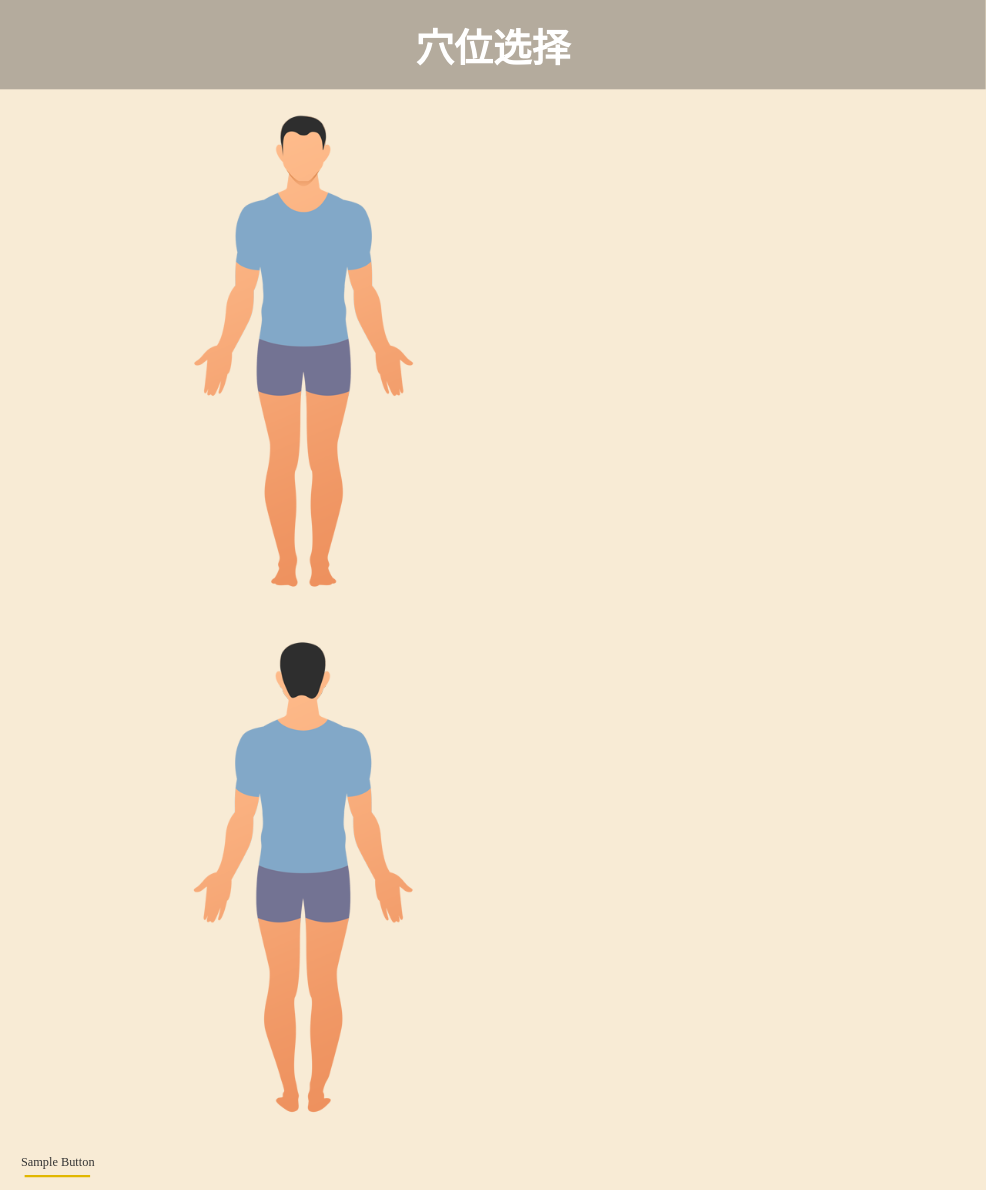
Repository: chjyume/zhongyi
Page: xuewei.html
An editor plug-in stored every save of this project. The page is shown before and after the next save, followed by the edit.
The browser window is 1280 px wide. The pictures show the whole page, at 77% of full size.

Above is the page before, as saved 2023-09-12 19:53:33.

### xuewei.html
<!DOCTYPE html>
<html>

<head>
  <meta charset="utf-8" />
  <title>穴位</title>
  <link rel="stylesheet" type="text/css" href="css/xuewei.css">
</head>

<body>
  <header class="top-bar">
    <h1>穴位选择</h1>
  </header>
  <div class="container">
    <img src="img/xuewei/man1.png" alt="正面" class="img1">
    <img src="img/xuewei/man2.png" alt="反面" class="img2">
    <div class="btn">
      <div class="set_7_btn-wrapper"> <svg height="45" width="150" xmlns="#">
          <rect id="set_7_button1" height="45" width="150"></rect>
        </svg>
        <div id="set_7_text"> <a href="">Sample Button</a> </div>
      </div>
    </div>
  </div>
</body>

</html>

### css/xuewei.css
body{
    background-color: rgb(248, 235, 213);
    margin: 0;
    padding: 0;
}
.top-bar {
background-color: #33333358;
color: #fff;
padding: 3vh;
text-align: center;
top: 0;
left: 0;
width: 100%;
box-sizing: border-box;

}

.top-bar h1 {
font-size: 7vh;
margin: 0;
}
img{
    position: relative;
    margin-left:20vh ;
}
.set_7_btn-wrapper {
    float: left;
    width: auto;
    line-height: 45px;
    display: inline-block;
    margin-right: 2em;
    text-align: center;
}

#set_7_button1 {
    stroke-width: 6px;
    fill: transparent;
    stroke:#e1b700;
    stroke-dasharray: 85 400;
    stroke-dashoffset: -228;
    transition: 1s all ease;
}

.set_7_btn-wrapper:hover #set_7_button1 {
    stroke-dasharray: 50 0;
    stroke-width: 3px;
    stroke-dashoffset: 0;
    stroke: #e1b700;
}

#set_7_text {
    margin-top: -60px;
    text-align: center;
}

#set_7_text a {
    color: #333;
    text-decoration: none;
    font-weight: 400;
}

After the next save:
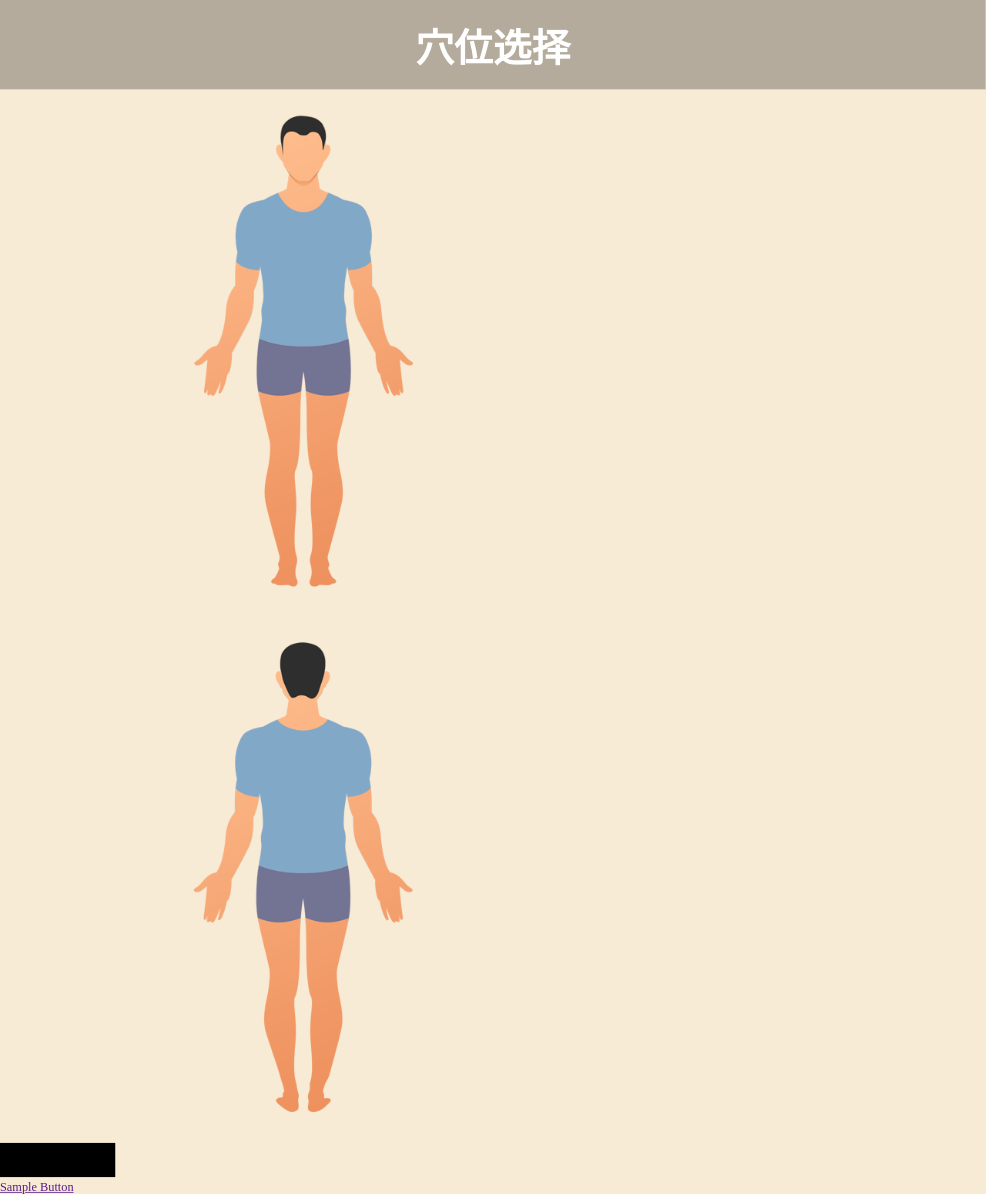
Saved 34 s later.
--- a/xuewei.html
+++ b/xuewei.html
@@ -15,10 +15,10 @@
     <img src="img/xuewei/man1.png" alt="正面" class="img1">
     <img src="img/xuewei/man2.png" alt="反面" class="img2">
     <div class="btn">
-      <div class="set_7_btn-wrapper"> <svg height="45" width="150" xmlns="#">
-          <rect id="set_7_button1" height="45" width="150"></rect>
+      <div class="btn-wrapper"> <svg height="45" width="150" xmlns="#">
+          <rect id="button1" height="45" width="150"></rect>
         </svg>
-        <div id="set_7_text"> <a href="">Sample Button</a> </div>
+        <div id="text"> <a href="">Sample Button</a> </div>
       </div>
     </div>
   </div>

After the save that followed:
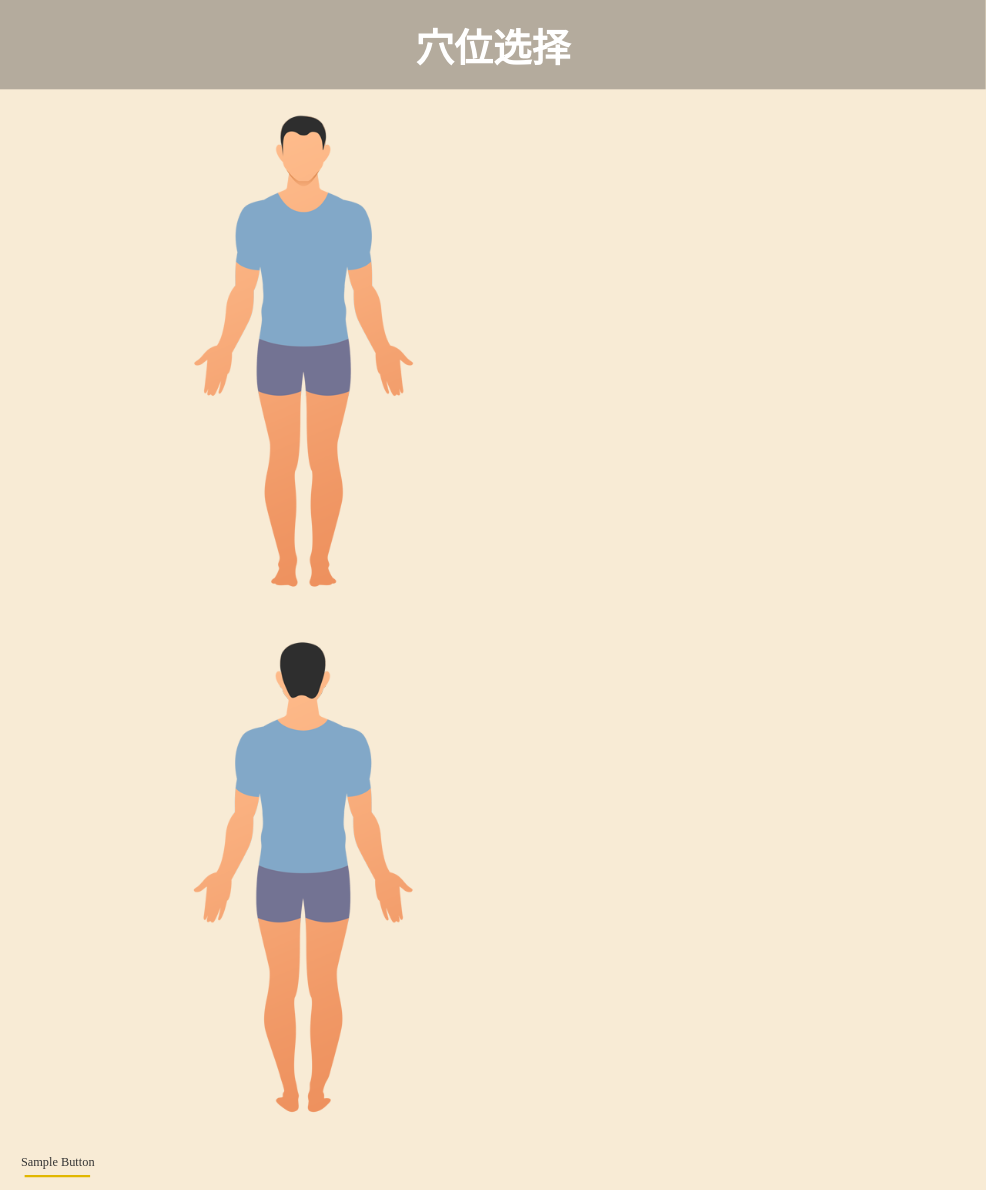
Saved 30 s later.
--- a/css/xuewei.css
+++ b/css/xuewei.css
@@ -23,7 +23,7 @@ img{
     position: relative;
     margin-left:20vh ;
 }
-.set_7_btn-wrapper {
+.btn-wrapper {
     float: left;
     width: auto;
     line-height: 45px;
@@ -32,7 +32,7 @@ img{
     text-align: center;
 }
 
-#set_7_button1 {
+#button1 {
     stroke-width: 6px;
     fill: transparent;
     stroke:#e1b700;
@@ -41,19 +41,19 @@ img{
     transition: 1s all ease;
 }
 
-.set_7_btn-wrapper:hover #set_7_button1 {
+.btn-wrapper:hover #button1 {
     stroke-dasharray: 50 0;
     stroke-width: 3px;
     stroke-dashoffset: 0;
     stroke: #e1b700;
 }
 
-#set_7_text {
+#text {
     margin-top: -60px;
     text-align: center;
 }
 
-#set_7_text a {
+#text a {
     color: #333;
     text-decoration: none;
     font-weight: 400;
